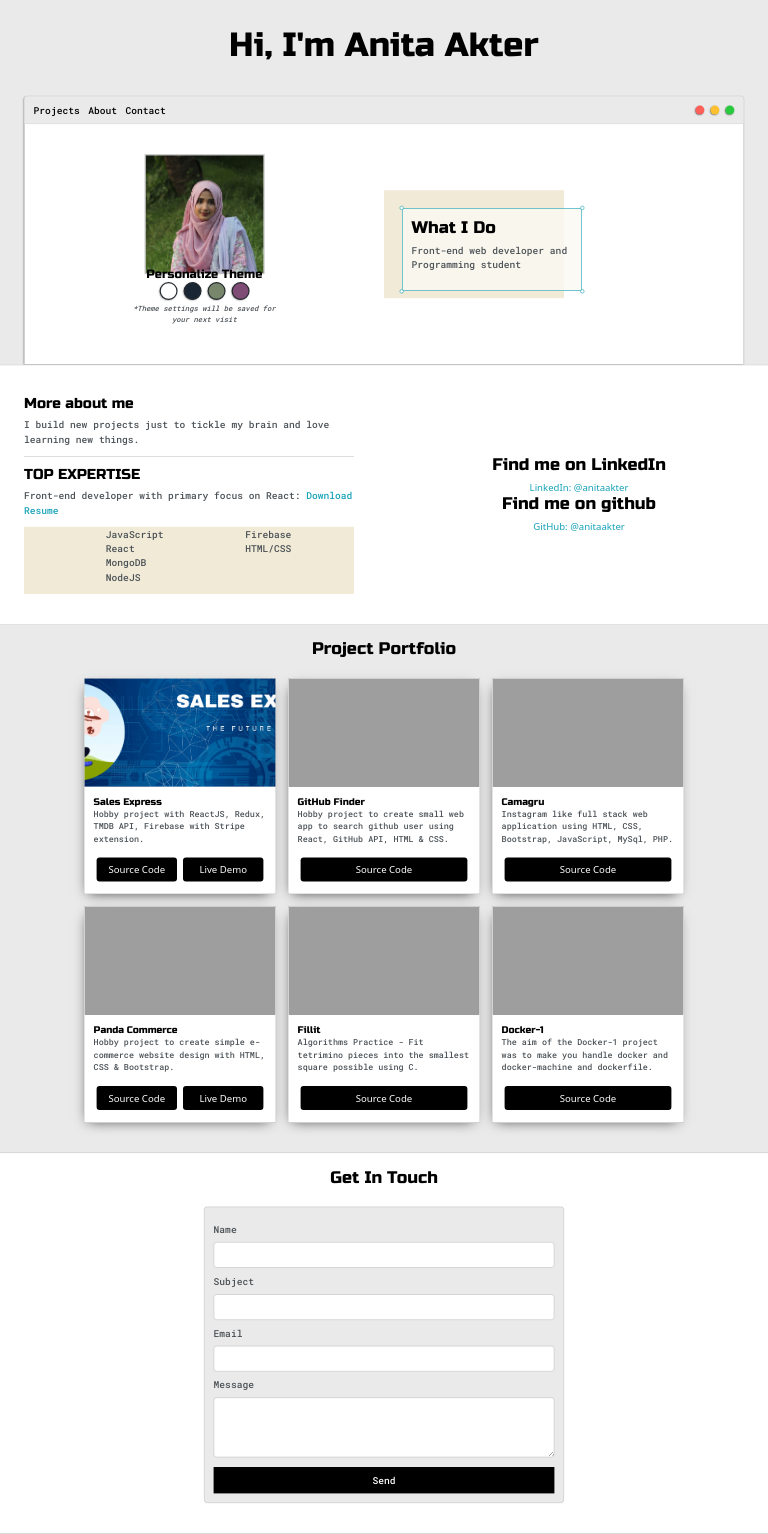
Repository: AnitaAkter/My_portfolio
Page: index.html
An editor plug-in stored every save of this project. The page is shown before and after a run of saves, followed by the edit.
The browser window is 1280 px wide. The pictures show the whole page, at 60% of full size.
Pictures or frames that could not be fetched are drawn as grey boxes.

Above is the page before, as saved 2022-12-10 13:48:51.

### index.html
<!DOCTYPE html>
<html>

<head>
	<title>Anita Akter</title>

	<meta name="viewport" content="width=device-width, initial-scale=1, maximum-scale=1, minimum-scale=1" />

	<link href="https://fonts.googleapis.com/css2?family=Russo+One&display=swap" rel="stylesheet">

	<link href="https://fonts.googleapis.com/css2?family=Roboto+Mono:wght@500&family=Russo+One&display=swap"
		rel="stylesheet">

	<link href="https://cdn.jsdelivr.net/npm/bootstrap@5.0.0-beta1/dist/css/bootstrap.min.css" rel="stylesheet"
		integrity="sha384-giJF6kkoqNQ00vy+HMDP7azOuL0xtbfIcaT9wjKHr8RbDVddVHyTfAAsrekwKmP1" crossorigin="anonymous">

	<link rel="stylesheet" type="text/css" href="default.css">

	<link id="theme-style" rel="stylesheet" type="text/css" href="">
</head>

<body>

	<!-- Landing section -->

	<section class="s1">
		<div class="main-container">
			<div class="greeting-wrapper">
				<h1>Hi, I'm Anita Akter</h1>
			</div>

			<div class="intro-wrapper">
				<div class="nav-wrapper">

					<!-- Link around dots-wrapper added after tutorial video -->
					<ul id="navigation">
						<li><a href="index.html#portfolio">Projects</a></li>
						<li><a href="index.html#aboutme">About</a></li>
						<li><a href="index.html#contact">Contact</a></li>
					</ul>
					<a href="index.html">
						<div class="dots-wrapper">
							<div id="dot-1" class="browser-dot"></div>
							<div id="dot-2" class="browser-dot"></div>
							<div id="dot-3" class="browser-dot"></div>
						</div>
					</a>


				</div>

				<div class="left-column">
					<img id="profile_pic" src="images/img-1.jpg">
					<h5 style="text-align: center;line-height: 0;">Personalize Theme</h5>

					<div id="theme-options-wrapper">
						<div data-mode="light" id="light-mode" class="theme-dot"></div>
						<div data-mode="blue" id="blue-mode" class="theme-dot"></div>
						<div data-mode="green" id="green-mode" class="theme-dot"></div>
						<div data-mode="purple" id="purple-mode" class="theme-dot"></div>
					</div>

					<p id="settings-note">*Theme settings will be saved for<br>your next visit</p>
				</div>

				<div class="right-column">

					<div id="preview-shadow">
						<div id="preview">
							<div id="corner-tl" class="corner"></div>
							<div id="corner-tr" class="corner"></div>
							<h3>What I Do</h3>
							<p>Front-end web developer and Programming student</p>
							<div id="corner-br" class="corner"></div>
							<div id="corner-bl" class="corner"></div>
						</div>
					</div>
				</div>
			</div>
		</div>
	</section>

	<!-- About me section -->

	<section class="s2">
		<div class="main-container" id="aboutme">

			<div class="about-wrapper">
				<div class="about-me">
					<h4>More about me</h4>

					<p>I build new projects just to tickle my brain and love learning new things.</p>


					<hr>

					<h4>TOP EXPERTISE</h4>

					<p>Front-end developer with primary focus on React: <a target="_blank"
							href="Anita Akter-Resume.pdf">Download Resume</a></p>

					<div id="skills">
						<ul>
							<li>JavaScript</li>
							<li>React</li>

							<li>MongoDB</li>
							<li>NodeJS</li>

						</ul>

						<ul>
							<li>Firebase</li>

							<li>HTML/CSS</li>

						</ul>

					</div>

				</div>

				<div class="social-links">
					<h3>Find me on LinkedIn</h3>
					<a target="_blank" href="https://www.linkedin.com/in/anita-02-akter/">LinkedIn: @anitaakter</a>
					<h3>Find me on github</h3>
					<a target="_blank" href="https://github.com/AnitaAkter">GitHub: @anitaakter</a>
				</div>
			</div>

		</div>
	</section>

	<!-- project portfolio section starts Here -->

	<section class="s1">
		<div class="main-container" id="portfolio">
			<br>
			<h3 style="text-align: center;">Project Portfolio</h3>
			<br>
			<div class="post-wrapper">

				<!-- Project: 1 -->

				<div>
					<div class="post">
						<img class="thumbnail" src="images/a1.gif">
						<div class="post-preview">
							<h6 class="post-title">Sales Express</h6>
							<p class="post-intro">Hobby project with ReactJS, Redux, TMDB API, Firebase with Stripe
								extension.</p>
							<div class="btn-group d-flex" role="group">
								<a target="_blank" href="https://github.com/tasmiarahmantanjin/Netflix_Clone"
									class="sourceCode-btn w-100">Source Code</a>
								<a target="_blank" href="https://netflix-clone-12de9.web.app/"
									class="sourceCode-btn w-100">Live Demo</a>
							</div>
						</div>
					</div>
				</div>

				<!-- Project: 2 -->

				<div>
					<div class="post">
						<img class="thumbnail" src="images/github_finder.jpg">
						<div class="post-preview">
							<h6 class="post-title">GitHub Finder</h6>
							<p class="post-intro">Hobby project to create small web app to search github user using
								React, GitHub API, HTML & CSS.
							</p>
							<div class="btn-group d-flex" role="group">
								<a target="_blank" href="https://github.com/tasmiarahmantanjin/github-finder"
									class="sourceCode-btn w-100">Source
									Code</a>
							</div>
						</div>
					</div>
				</div>

				<!-- Project: 3 -->

				<div>
					<div class="post">
						<img class="thumbnail" src="images/camagru.webp">
						<div class="post-preview">
							<h6 class="post-title">Camagru</h6>
							<p class="post-intro">Instagram like full stack web application using HTML, CSS, Bootstrap,
								JavaScript, MySql, PHP.</p>
							<div class="btn-group d-flex" role="group">
								<a target="_blank" href="https://github.com/tasmiarahmantanjin/camagru"
									class="sourceCode-btn w-100">Source
									Code</a>
							</div>
						</div>
					</div>
				</div>

				<!-- Project: 4 -->

				<div>
					<div class="post">
						<img class="thumbnail" src="images/panda.gif">
						<div class="post-preview">
							<h6 class="post-title">Panda Commerce</h6>
							<p class="post-intro">Hobby project to create simple e-commerce website design with HTML,
								CSS & Bootstrap.</p>
							<div class="btn-group d-flex" role="group">
								<a target="_blank" href="https://github.com/tasmiarahmantanjin/panda-commerce"
									class="sourceCode-btn w-100">Source
									Code</a>
								<a target="_blank" href="https://tasmiarahmantanjin.github.io/panda-commerce/"
									class="sourceCode-btn w-100">Live Demo</a>
							</div>
						</div>
					</div>
				</div>

				<!-- Project: 5 -->

				<div>
					<div class="post">
						<img class="thumbnail" src="images/fillit.gif">
						<div class="post-preview">
							<h6 class="post-title">Fillit</h6>
							<p class="post-intro">Algorithms Practice - Fit tetrimino pieces into the smallest square
								possible using C.</p>
							<div class="btn-group d-flex" role="group">
								<a target="_blank" href="https://github.com/tasmiarahmantanjin/fillit"
									class="sourceCode-btn w-100">Source
									Code</a>
							</div>
						</div>
					</div>
				</div>

				<!-- Project detail: 4 -->

				<!-- <div>
					<div class="post">
						<img class="thumbnail" src="images/libft.gif">
						<div class="post-preview">
							<h6 class="post-title">Libft</h6>
							<p class="post-intro">Recoded 60+ standard library function and my own functions which I can use for my later on Hive Helsinki Projects.</p>
							<a target="_blank" href="https://github.com/tasmiarahmantanjin/libft">Source Code</a>
						</div>
					</div>
				</div> -->

				<!-- Project detail: 5 -->

				<!-- <div>
					<div class="post">
						<img class="thumbnail" src="images/roger.gif">
						<div class="post-preview">
							<h6 class="post-title">Roger Skyline 1</h6>
							<p class="post-intro">In Roger-skyline-1, I learned how to host and set up my own web server, how to install and manage several services and secure them against attacks.
							</p>
							<a target="_blank" href="https://github.com/tasmiarahmantanjin/roger_skyline_1">Source Code</a>
						</div>
					</div>
				</div> -->

				<!-- Project detail: 6 -->

				<div>
					<div class="post">
						<img class="thumbnail" src="images/docker.gif">
						<div class="post-preview">
							<h6 class="post-title">Docker-1
							</h6>
							<p class="post-intro">The aim of the Docker-1 project was to make you handle docker and
								docker-machine and dockerfile.
							</p>
							<div class="btn-group d-flex" role="group">
								<a target="_blank" href="https://github.com/tasmiarahmantanjin/docker-1"
									class="btn sourceCode-btn w-100">Source
									Code</a>
							</div>
						</div>
					</div>
				</div>
			</div>
		</div>
	</section>

	<!-- Project details section ends here -->

	<section class="s2">
		<div class="main-container">
			<a href=""></a>
			<br>
			<h3 style="text-align: center;">Get In Touch</h3>
			<br>
			<form id="contact-form">
				<a name="contact"></a>

				<label>Name</label>
				<input class="input-field" type="text" name="name">

				<label>Subject</label>
				<input class="input-field" type="text" name="subject">

				<label>Email</label>
				<input class="input-field" type="text" name="email">

				<label>Message</label>
				<textarea class="input-field" name="message"></textarea>

				<input id="submit-btn" type="submit" value="Send">
			</form>
		</div>
	</section>

	<script type="text/javascript" src="script.js"></script>
</body>

</html>

### default.css
:root{
	--mainColor:#eaeaea;
	--secondaryColor:#fff;

	--borderColor:#c1c1c1;

	--mainText:black;
	--secondaryText:#4b5156;

	--themeDotBorder:#24292e;

	--previewBg:rgb(251, 249, 243, 0.8);
	--previewShadow:#f0ead6;


	--buttonColor:black;


}


html, body{
	padding: 0;
	margin: 0;
	scroll-behavior: smooth;
}

body *{
	transition: 0.3s;
}


h1, h2, h3, h4, h5, h6, strong{
	color: var(--mainText);
	font-family: 'Russo One', sans-serif;
	font-weight: 500;
}

p, li, span, label, input, textarea{
	color: var(--secondaryText);
	font-family: 'Roboto Mono', monospace;
}

a{
	text-decoration: none;
	color:#17a2b8;
}

ul{
	list-style: none;
}

h1 { font-size: 56px;}
h2 { font-size: 36px;}
h3 { font-size: 28px;}
h4 { font-size: 24px;}
h5 { font-size: 20px;}
h6 { font-size: 16px;}


.s1{
	background-color: var(--mainColor);
	border-bottom:1px solid var(--borderColor);
	overflow:auto;
}

.s2{
	background-color: var(--secondaryColor);
	border-bottom:1px solid var(--borderColor);
	overflow:auto;
}




.main-container{
	width: 1200px;
	margin: 0 auto;
}


.greeting-wrapper{
	display: grid;
	text-align: center;
	align-content: center;
	min-height: 10em;

}

.intro-wrapper{
	background-color: var(--secondaryColor);
	border:1px solid var(--borderColor);
	border-radius:5px 5px 0 0;


	-webkit-box-shadow: -1px 1px 3px -1px rgba(0,0,0,0.75);
	-moz-box-shadow: -1px 1px 3px -1px rgba(0,0,0,0.75);
	box-shadow: -1px 1px 3px -1px rgba(0,0,0,0.75);

	display: grid;
	grid-template-columns: 1fr 1fr;
	grid-template-areas:
		'nav-wrapper nav-wrapper'
		'left-column right-column'
	;
}


.nav-wrapper{
	border-radius:5px 5px 0 0;
	grid-area:nav-wrapper;
	border-bottom: 1px solid var(--borderColor);
	display: flex;
	justify-content: space-between;
	align-items: center;
	background-color: var(--mainColor);
}

#navigation a{
	color:var(--mainText);
}


#navigation{
	margin:0;
	padding: 10px;
}

#navigation li{
	display: inline-block;
	margin-right: 5px;
	margin-left:5px;
}

.dots-wrapper{
	display: flex;
	padding: 10px;
}

#dot-1{
	background-color:  #FC6058;
}

#dot-2{
	background-color:  #FEC02F;
}

#dot-3{
	background-color:  #2ACA3E;
}

.browser-dot{
	background-color: black;
	height: 15px;
	width: 15px;
	border-radius: 50%;
	margin: 5px;

	-webkit-box-shadow: -1px 1px 3px -1px rgba(0,0,0,0.75);
	-moz-box-shadow: -1px 1px 3px -1px rgba(0,0,0,0.75);
	box-shadow: -1px 1px 3px -1px rgba(0,0,0,0.75);

}


.left-column{
	grid-area: left-column;
	padding-top:50px;
	padding-bottom: 50px;
}

#profile_pic{
	display: block;
	margin:0 auto;

	height: 200px;
	width: 200px;
	object-fit: cover;
	border:2px solid var(--borderColor);
}


#theme-options-wrapper{
	display: flex;
	justify-content: center;
}

.theme-dot{
	height: 30px;
	width: 30px;
	background-color: black;
	border-radius: 50%;

	margin: 5px;
	border:2px solid var(--themeDotBorder);

	-webkit-box-shadow: -1px 1px 3px -1px rgba(0,0,0,0.75);
	-moz-box-shadow: -1px 1px 3px -1px rgba(0,0,0,0.75);
	box-shadow: -1px 1px 3px -1px rgba(0,0,0,0.75);

	cursor: pointer;
}


.theme-dot:hover{
	border-width: 5px;
}


#light-mode{
	background-color: #fff;
}

#blue-mode{
	background-color: #192734;
}

#green-mode{
	background-color: #78866b;
}

#purple-mode{
	background-color: #7E4C74;
}

#settings-note{
	font-size: 12px;
	font-style: italic;
	text-align: center;
}

.right-column{
	grid-area: right-column;
	display: grid;
	align-content: center;

	padding-top: 50px;
	padding-bottom: 50px;
}


#preview-shadow{
	background-color: var(--previewShadow);
	max-width: 300px;
	height: 180px;
	padding-left: 30px;
	padding-top: 30px;
}

#preview{
	width: 300px;
	border:1.5px solid #17a2b8;
	background-color: var(--previewBg);
	padding:15px;
	position: relative;
}

.corner{
	width:7px;
	height: 7px;
	border-radius: 50%;
	border:1.5px solid #17a2b8;
	background-color: #fff;
	position: absolute;
}

#corner-tl{
	top:-5px;
	left: -5px
}

#corner-tr{
	top:-5px;
	right: -5px
}


#corner-br{
	bottom:-5px;
	right: -5px
}


#corner-bl{
	bottom:-5px;
	left: -5px
}

.about-wrapper{
	display: grid;
	grid-template-columns: repeat(auto-fit, minmax(320px, 1fr));
	padding-bottom: 50px;
	padding-top: 50px;
	gap:100px;
}


#skills{
	display: flex;
	justify-content: space-evenly;
	background-color: var(--previewShadow);
}

.social-links{
	display: grid;
	align-content: center;
	text-align: center;
}

#social_img{
	width: 100%;
}


.post-wrapper{
	display: grid;
	grid-template-columns: repeat(auto-fit, 320px);
	gap:20px;
	justify-content: center;
	padding-bottom: 50px;
}

.post{
	border:1px solid var(--borderColor);
	-webkit-box-shadow: -2px 7px 21px -9px rgba(0,0,0,0.75);
	-moz-box-shadow: -2px 7px 21px -9px rgba(0,0,0,0.75);
	box-shadow: -2px 7px 21px -9px rgba(0,0,0,0.75);
}

.thumbnail{
	display: block;
	width: 100%;
	height:180px;
	object-fit: cover;
}

.post-preview{
	background-color: #fff;
	padding:15px;
}

.post-title{
	color:black;
	margin: 0;
}

.post-intro{
	color:#4b5156;
	font-size: 14px;
}


#contact-form{
	display: block;
	max-width: 600px;
	margin: 0 auto;
	border: 1px solid var(--borderColor);
	padding: 15px;
	border-radius: 5px;
	background-color: var(--mainColor);
	margin-bottom: 50px;

}

#contact-form label{
	line-height: 2.7em;
}

#contact-form textarea{
	min-height: 100px;
	font-size: 14px;
}


.input-field{
	width: 100%;
	padding-top: 10px;
	padding-bottom:10px;
	background-color: var(--secondaryColor);
	border-radius: 5px;
	border:1px solid var(--borderColor);
	font-size: 14px;
}


#submit-btn{
	margin-top: 10px;
	width: 100%;
	padding-top: 10px;
	padding-bottom:10px;
	color: #fff;
	background-color: var(--buttonColor);
	border:none;
}


@media screen and (max-width: 1200px){
	.main-container{
		width: 95%;
	}
}

@media screen and (max-width: 800px){
	.intro-wrapper{
		grid-template-columns: 1fr;
		grid-template-areas:
			'nav-wrapper'
			'left-column'
			'right-column'
		;
	}

	.right-column{
		justify-content: center;
	}

}

@media screen and (max-width: 400px){
	#preview-shadow{
		max-width: 280px;
		height: 180px;
		padding-left: 10px;
		padding-top: 10px;
	}

	#preview{
		width: 280px;

	}

}

.sourceCode-btn{
	width: 100%;
	padding-top: 8px;
	padding-bottom:8px;
	color: #fff;
	background-color: var(--buttonColor);
	border:none;
	text-align: center;
	border-radius: 5px;
	margin: 5px;
}

### script.js
console.log('Its working')

let theme = localStorage.getItem('theme')

if(theme == null){
	setTheme('light')
}else{
	setTheme(theme)
}

let themeDots = document.getElementsByClassName('theme-dot')


for (var i=0; themeDots.length > i; i++){
	themeDots[i].addEventListener('click', function(){
		let mode = this.dataset.mode
		console.log('Option clicked:', mode)
		setTheme(mode)
	})
}

function setTheme(mode){
	if(mode == 'light'){
		document.getElementById('theme-style').href = 'default.css'
	}

	if(mode == 'blue'){
		document.getElementById('theme-style').href = 'blue.css'
	}

	if(mode == 'green'){
		document.getElementById('theme-style').href = 'green.css'
	}

	if(mode == 'purple'){
		document.getElementById('theme-style').href = 'purple.css'
	}

	localStorage.setItem('theme', mode)
}

After the next 2 saves:
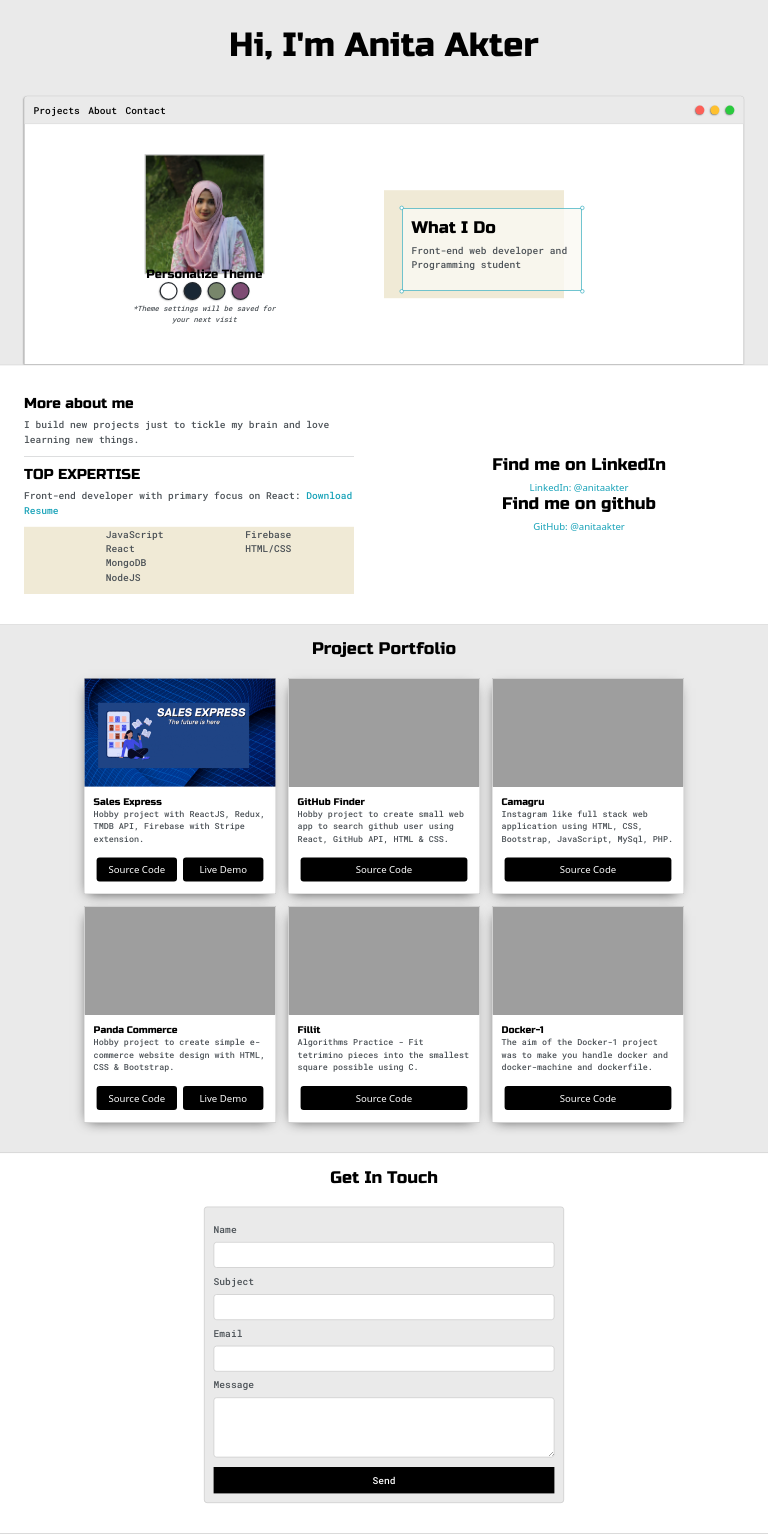
The 2 saves are shown as one change because they came seconds apart.
The last was saved 30 min 53 s later.
--- a/index.html
+++ b/index.html
@@ -144,7 +144,7 @@
 
 				<div>
 					<div class="post">
-						<img class="thumbnail" src="images/a1.gif">
+						<img class="thumbnail" src="images/p-1.gif">
 						<div class="post-preview">
 							<h6 class="post-title">Sales Express</h6>
 							<p class="post-intro">Hobby project with ReactJS, Redux, TMDB API, Firebase with Stripe
